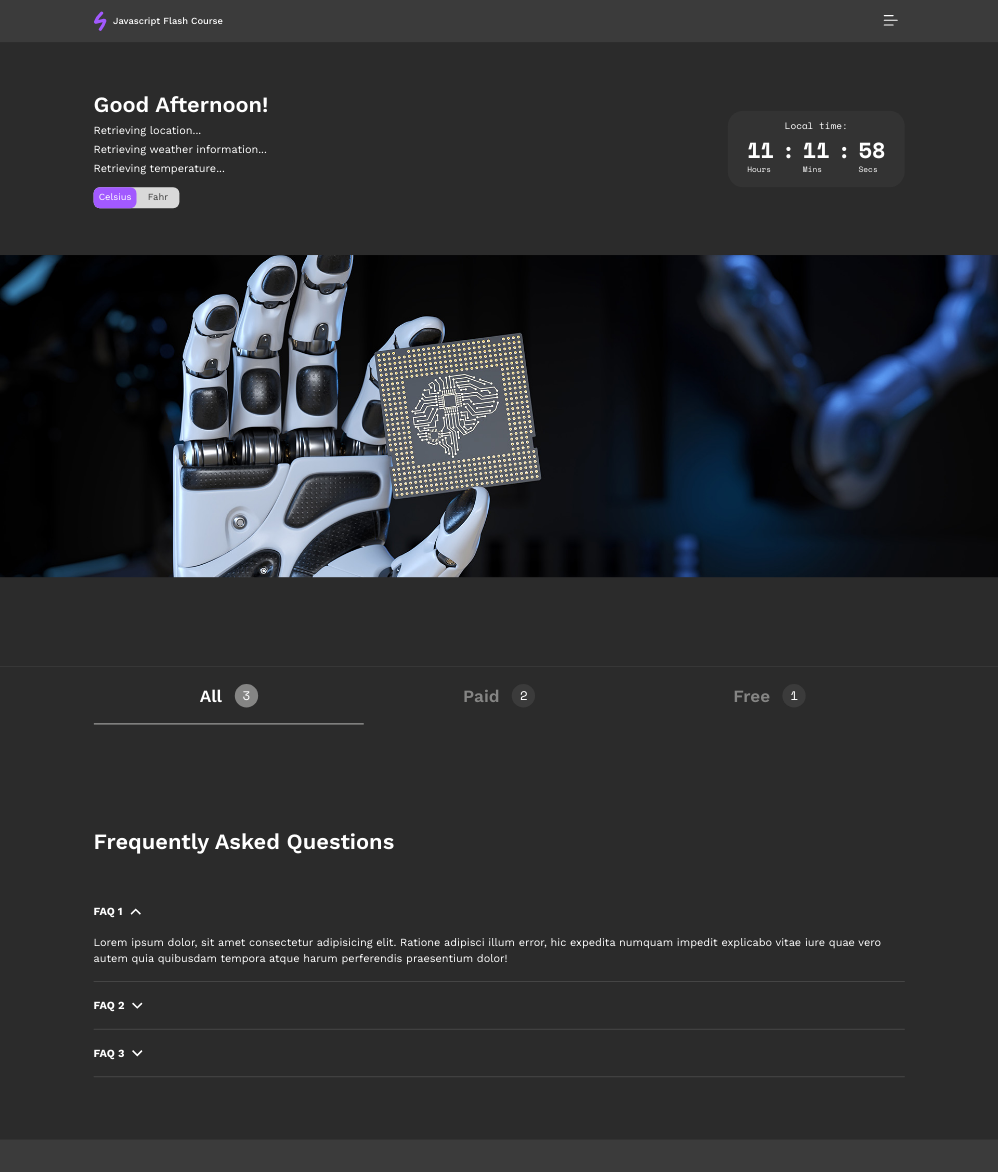
Repository: GettieSirma/JAVASCRIPT-TEST
Page: index.html
The author's editor kept a copy of each file at every save. The page is drawn from the files as they stood at one save, then again after the next save.
The browser window is 1280 px wide. The pictures show the whole page, at 78% of full size.

Above is the page before, as saved 2024-04-24 12:42:00.

### index.html
<!DOCTYPE html>
<html lang="en">

<head>
    <meta charset="UTF-8" />
    <meta http-equiv="X-UA-Compatible" content="IE=edge" />
    <meta name="viewport" content="width=device-width, initial-scale=1.0" />
    <title>Javascript Flash Course</title>
    <link rel="stylesheet" href="./main.css" />
    <link rel="preconnect" href="https://fonts.googleapis.com" />
    <link rel="preconnect" href="https://fonts.gstatic.com" crossorigin />
    <link href="https://fonts.googleapis.com/css2?family=Space+Mono:ital,wght@0,400;0,700;1,400;1,700&family=Work+Sans:ital,wght@0,100;0,200;0,300;0,400;0,500;0,600;0,700;0,800;0,900;1,100;1,200;1,300;1,400;1,500;1,600;1,700;1,800;1,900&display=swap" rel="stylesheet"
    />
</head>

<body>
    <header>
        <nav class="container">
            <div class="nav-left-side">
                <svg width="17" height="26" viewBox="0 0 17 26" fill="none" xmlns="http://www.w3.org/2000/svg">
                    <path
                        d="M10.309 2.90741C10.309 2.90741 4.29997 8.73841 2.526 13.9214C2.40313 14.2804 2.73267 14.6124 3.10045 14.5192L13.2394 11.9481C13.9358 11.7715 14.5723 12.3638 14.368 13.0525C12.9552 17.8149 8.62911 23.5897 8.62911 23.5897"
                        stroke="#A259FF" stroke-width="4" stroke-linecap="round" stroke-linejoin="round" />
                </svg>

                <a href="/">Javascript Flash Course</a>
            </div>

            <button id="open-nav-menu">
                <svg
                    width="24"
                    height="24"
                    viewBox="0 0 24 24"
                    fill="none"
                    xmlns="http://www.w3.org/2000/svg"
                >
                    <path
                        fill-rule="evenodd"
                        clip-rule="evenodd"
                        d="M3 12C3 11.5858 3.33579 11.25 3.75 11.25H20.25C20.6642 11.25 21 11.5858 21 12C21 12.4142 20.6642 12.75 20.25 12.75H3.75C3.33579 12.75 3 12.4142 3 12Z"
                        fill="white"
                    />
                    <path
                        fill-rule="evenodd"
                        clip-rule="evenodd"
                        d="M3 6C3 5.58579 3.33579 5.25 3.75 5.25H15C15.4142 5.25 15.75 5.58579 15.75 6C15.75 6.41421 15.4142 6.75 15 6.75H3.75C3.33579 6.75 3 6.41421 3 6Z"
                        fill="white"
                    />
                    <path
                        fill-rule="evenodd"
                        clip-rule="evenodd"
                        d="M3 18C3 17.5858 3.33579 17.25 3.75 17.25H15C15.4142 17.25 15.75 17.5858 15.75 18C15.75 18.4142 15.4142 18.75 15 18.75H3.75C3.33579 18.75 3 18.4142 3 18Z"
                        fill="white"
                    />
                </svg>
            </button>

            <div class="wrapper">
                <ul>
                    <li>
                        <button id="close-nav-menu">
                            <svg
                                width="47"
                                height="47"
                                viewBox="0 0 47 47"
                                fill="none"
                                xmlns="http://www.w3.org/2000/svg"
                            >
                                <path
                                    d="M11.7505 11.7495L35.2505 35.2495"
                                    stroke="#A259FF"
                                    stroke-width="6"
                                />
                                <path
                                    d="M35.2502 11.7502L11.7502 35.2502"
                                    stroke="#A259FF"
                                    stroke-width="6"
                                />
                            </svg>
                        </button>
                    </li>
                    <li><a href="#home">Home</a></li>
                    <li><a href="#gallery">Gallery</a></li>
                    <li><a href="#products">Products</a></li>
                    <li><a href="#faqs">FAQs</a></li>
                    <li class="socials">
                        <p>Join our community</p>

                        <div>
                            <a href="#">
                                <img src="./assets/socials/DiscordLogo.png" alt="Discord logo" />
                            </a>
                            <a href="#">
                                <img src="./assets/socials/YoutubeLogo.png" alt="Youtube logo" />
                            </a>
                            <a href="#">
                                <img src="./assets/socials/TwitterLogo.png" alt="Twitter logo" />
                            </a>
                            <a href="#">
                                <img src="./assets/socials/InstagramLogo.png" alt="Instagram logo" />
                            </a>
                        </div>
                    </li>
                </ul>
            </div>
        </nav>
    </header>

    <main>
        <section id="home" class="container greeting-section">
            <div class="left-side">
                <h1 id="greeting">Good Afternoon!</h1>
                <p id="location">Retrieving location...</p>
                <p id="weather">Retrieving weather information...</p>
                <p id="temperature">Retrieving temperature...</p>
                <div class="weather-group">
                    <input type="radio" checked="true" id="celsius" name="temperature" />
                    <label for="celsius">Celsius</label>
                    <input type="radio" id="fahr" name="temperature" />
                    <label for="fahr">Fahr</label>
                </div>
            </div>

            <div class="right-side">
                <p>Local time:</p>
                <div class="local-time">
                    <div class="time-holder">
                        <span data-time="hours" class="time-number"></span>
                        <span class="time-letter">Hours</span>
                    </div>
                    <span class="time-divider">:</span>
                    <div class="time-holder">
                        <span data-time="minutes" class="time-number"></span>
                        <span class="time-letter">mins</span>
                    </div>
                    <span class="time-divider">:</span>
                    <div class="time-holder">
                        <span data-time="seconds" class="time-number"></span>
                        <span class="time-letter">secs</span>
                    </div>
                </div>
            </div>
        </section>

        <section id="gallery" class="gallery-section">
            <img src="assets/gallery/image1.jpg " alt="" />

            <div class="thumbnails">

            </div>
        </section>

        <section id="products" class="container products-section">
            <div class="products-filter">
                <input type="radio" checked="true" id="all" name="products" />
                <label for="all">
            All
            <span class="product-amount">3</span>
          </label>
                <input type="radio" id="paid" name="products" />
                <label for="paid">

            Paid
            <span class="product-amount">2</span>
          </label>
                <input type="radio" id="free" name="products" />
                <label for="free">
            Free
            <span class="product-amount">1</span>
          </label>

                <span class="glider"></span>
            </div>

            <div class="products-area">

            </div>

        </section>

        <section id="faqs" class="container faqs-section">
            <h3>Frequently Asked Questions</h3>

            <details open>
                <summary>FAQ 1</summary>

                <p>
                    Lorem ipsum dolor, sit amet consectetur adipisicing elit. Ratione adipisci illum error, hic expedita numquam impedit explicabo vitae iure quae vero autem quia quibusdam tempora atque harum perferendis praesentium dolor!
                </p>
            </details>

            <details>
                <summary>FAQ 2</summary>

                <p>
                    Consequuntur earum pariatur dolorem repellat temporibus ducimus sunt suscipit repudiandae cupiditate in accusantium recusandae tempora sint eligendi, perferendis aspernatur architecto voluptas laborum adipisci neque voluptates consequatur.
                </p>
            </details>

            <details>
                <summary>FAQ 3</summary>

                <p>
                    Consequuntur earum pariatur dolorem repellat temporibus ducimus sunt suscipit repudiandae cupiditate in accusantium recusandae tempora sint eligendi, perferendis aspernatur architecto voluptas laborum adipisci neque voluptates consequatur.
                </p>
            </details>
        </section>
    </main>

    <footer></footer>

    <script>
        const hoursElement = document.querySelector('[data-time="hours"]');
        const minutesElement = document.querySelector('[data-time="minutes"]');
        const secondsElement = document.querySelector('[data-time="seconds"]');

        function updateClock() {
            const now = new Date();
            const hours = now.getHours();
            const minutes = now.getMinutes();
            const seconds = now.getSeconds();

            const paddedHours = String(hours).padStart(2, '0');
            const paddedMinutes = String(minutes).padStart(2, '0');
            const paddedSeconds = String(seconds).padStart(2, '0');

            hoursElement.textContent = paddedHours;
            minutesElement.textContent = paddedMinutes;
            secondsElement.textContent = paddedSeconds;
        }

        updateClock();
        setInterval(updateClock, 1000);

        async function fetchWeatherAndLocation() {
            try {
                const apiKey = 'YOUR_API_KEY';
                navigator.geolocation.getCurrentPosition(async position => {
                    const {
                        latitude,
                        longitude
                    } = position.coords;

                    const locationResponse = await fetch(`https://api.openweathermap.org/geo/1.0/reverse?lat=${latitude}&lon=${longitude}&appid=${apiKey}`);
                    const locationData = await locationResponse.json();
                    const city = locationData[0].name;

                    const weatherResponse = await fetch(`https://api.openweathermap.org/data/2.5/weather?lat=${latitude}&lon=${longitude}&appid=${apiKey}&units=metric`);
                    const weatherData = await weatherResponse.json();

                    const greetingElement = document.getElementById('greeting');
                    const locationElement = document.getElementById('location');
                    const weatherElement = document.getElementById('weather');
                    const temperatureElement = document.getElementById('temperature');

                    if (greetingElement && locationElement && weatherElement && temperatureElement) {
                        const temperature = weatherData.main.temp;
                        const description = weatherData.weather[0].description;

                        greetingElement.textContent = `Good Afternoon, ${city}!`;
                        locationElement.textContent = `You are currently in ${city}`;
                        weatherElement.textContent = `The weather is ${description}`;
                        temperatureElement.textContent = `Temperature: ${temperature}°C`;
                    }
                });
            } catch (error) {
                console.error('Error fetching weather data:', error);
            }
        }

        fetchWeatherAndLocation();
    </script>

</body>

</html>

Loaded but not shown: main.css (490 lines, source omitted)

After the next save:
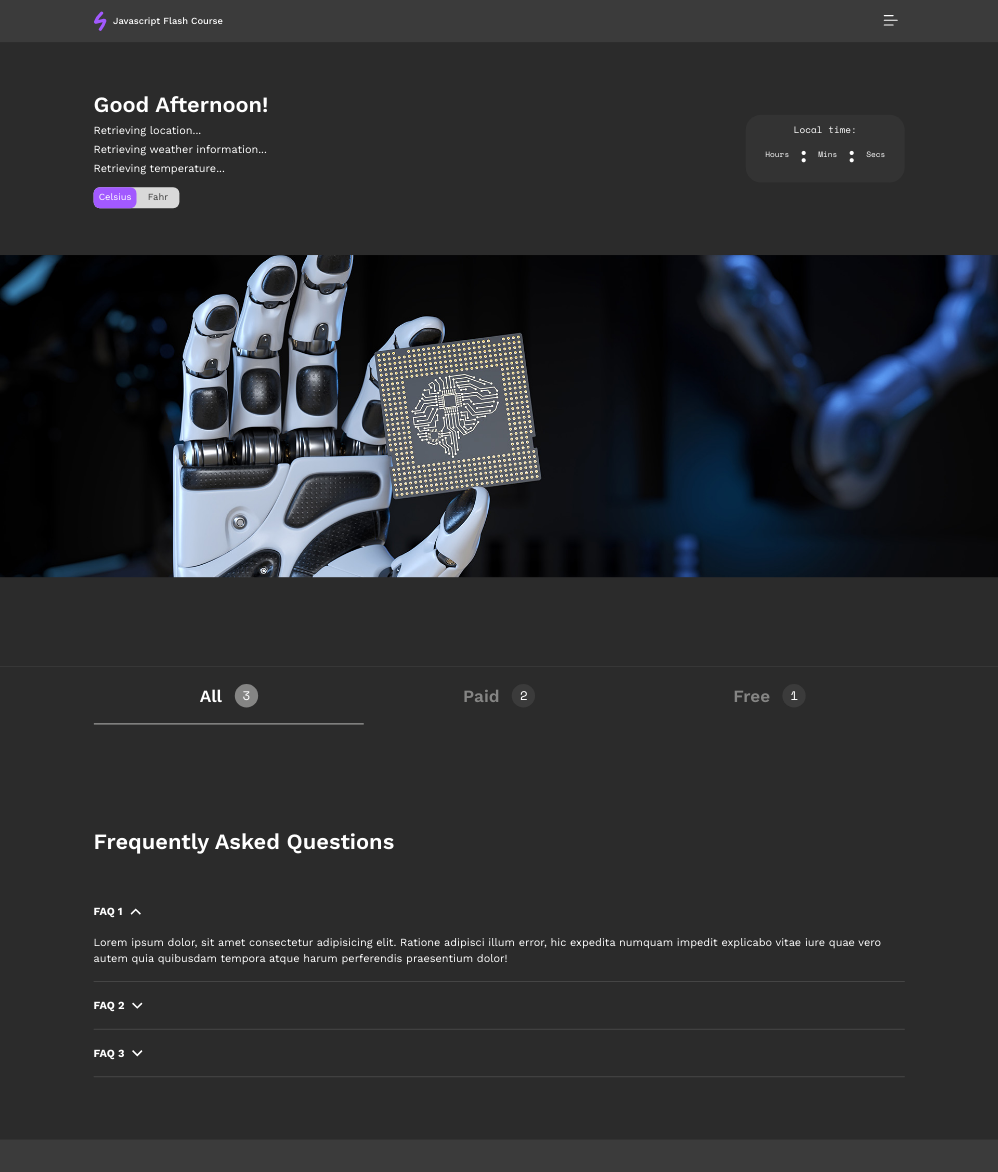
Saved 23 h 3 min later.
--- a/index.html
+++ b/index.html
@@ -210,65 +210,6 @@
     <footer></footer>
 
     <script>
-        const hoursElement = document.querySelector('[data-time="hours"]');
-        const minutesElement = document.querySelector('[data-time="minutes"]');
-        const secondsElement = document.querySelector('[data-time="seconds"]');
-
-        function updateClock() {
-            const now = new Date();
-            const hours = now.getHours();
-            const minutes = now.getMinutes();
-            const seconds = now.getSeconds();
-
-            const paddedHours = String(hours).padStart(2, '0');
-            const paddedMinutes = String(minutes).padStart(2, '0');
-            const paddedSeconds = String(seconds).padStart(2, '0');
-
-            hoursElement.textContent = paddedHours;
-            minutesElement.textContent = paddedMinutes;
-            secondsElement.textContent = paddedSeconds;
-        }
-
-        updateClock();
-        setInterval(updateClock, 1000);
-
-        async function fetchWeatherAndLocation() {
-            try {
-                const apiKey = 'YOUR_API_KEY';
-                navigator.geolocation.getCurrentPosition(async position => {
-                    const {
-                        latitude,
-                        longitude
-                    } = position.coords;
-
-                    const locationResponse = await fetch(`https://api.openweathermap.org/geo/1.0/reverse?lat=${latitude}&lon=${longitude}&appid=${apiKey}`);
-                    const locationData = await locationResponse.json();
-                    const city = locationData[0].name;
-
-                    const weatherResponse = await fetch(`https://api.openweathermap.org/data/2.5/weather?lat=${latitude}&lon=${longitude}&appid=${apiKey}&units=metric`);
-                    const weatherData = await weatherResponse.json();
-
-                    const greetingElement = document.getElementById('greeting');
-                    const locationElement = document.getElementById('location');
-                    const weatherElement = document.getElementById('weather');
-                    const temperatureElement = document.getElementById('temperature');
-
-                    if (greetingElement && locationElement && weatherElement && temperatureElement) {
-                        const temperature = weatherData.main.temp;
-                        const description = weatherData.weather[0].description;
-
-                        greetingElement.textContent = `Good Afternoon, ${city}!`;
-                        locationElement.textContent = `You are currently in ${city}`;
-                        weatherElement.textContent = `The weather is ${description}`;
-                        temperatureElement.textContent = `Temperature: ${temperature}°C`;
-                    }
-                });
-            } catch (error) {
-                console.error('Error fetching weather data:', error);
-            }
-        }
-
-        fetchWeatherAndLocation();
     </script>
 
 </body>
